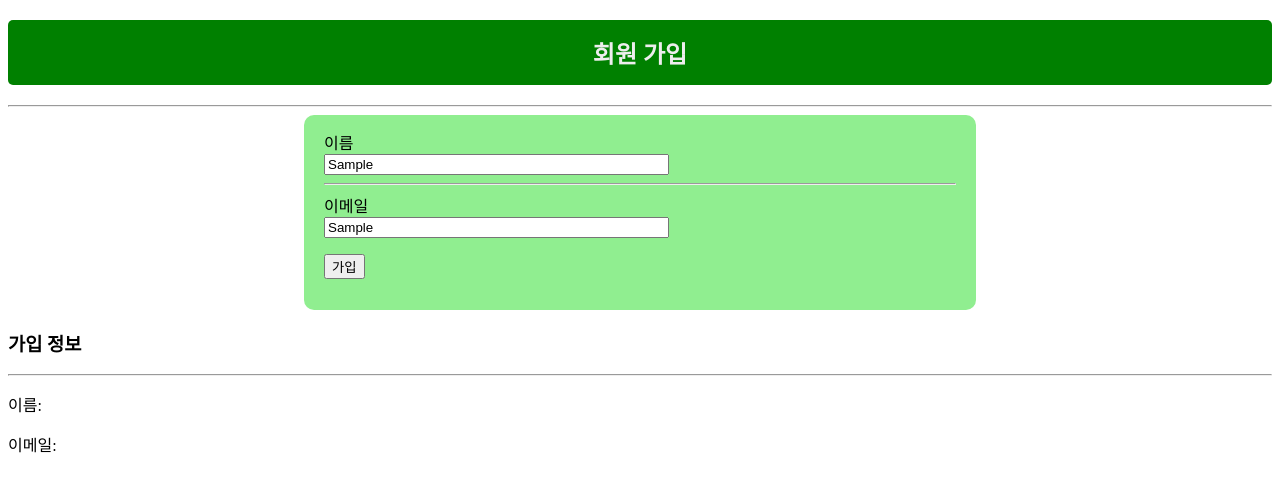
Repository: kiyongee2/kh-jsp
Page: http://localhost/jwbook/validation/joinForm.jsp
An editor plug-in stored every save of this project. The page is shown before and after the next save, followed by the edit.
The browser window is 1280 px wide. The pictures show the whole page.
Empty fields were first filled with sample values (such as "Sample", 5 or name@example.com).
After loading, the first visible `button` was clicked once.
The page is served by Tomcat 9.

Above is the page before, as saved 2023-11-23 21:16:39.
Console error: ReferenceError: signUp is not defined

After the next save:
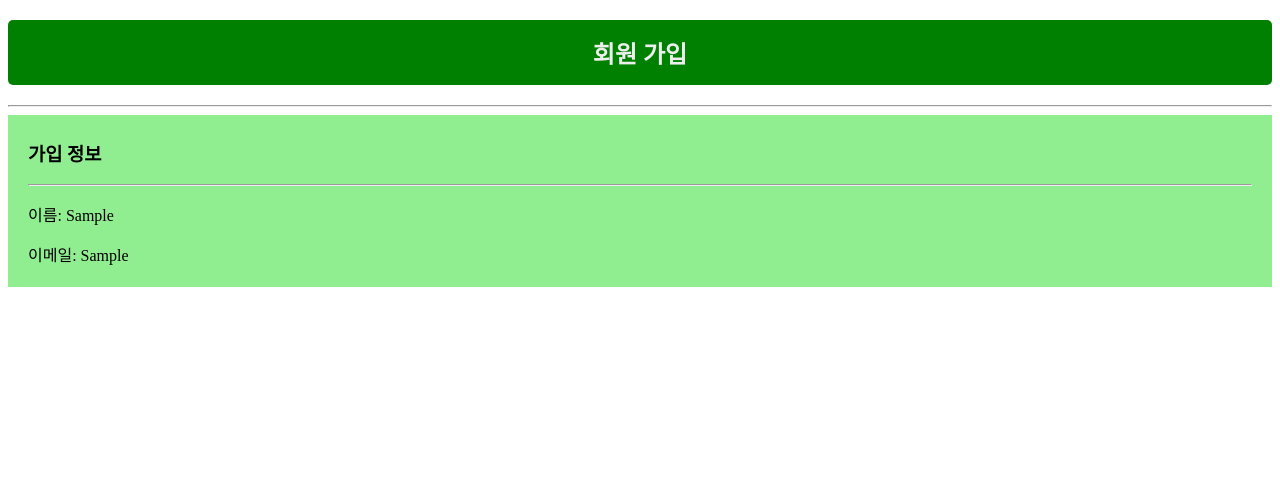
The error is gone.
Saved 2 min 43 s later.
--- a/jwbook/src/main/webapp/validation/joinForm.jsp
+++ b/jwbook/src/main/webapp/validation/joinForm.jsp
@@ -11,6 +11,20 @@
 	#regform{ width: 50%; margin: 0 auto; background: lightgreen;
 	          padding: 15px 20px; border-radius: 10px;}
 </style>
+<script type="text/javascript">
+	function signUp(){
+		let form = document.form1;
+		let name = form.name.value;
+		let email = form.email.value;
+
+		alert("정말로 가입하시겠습니까?");
+		document.getElementById('regform').style.display = "none";
+		document.getElementById('rname').innerHTML = name;
+		document.getElementById('rmail').innerHTML = email;
+		document.getElementById('result').setAttribute('style',
+				'display:block; background: lightgreen; padding: 5px 20px;');
+	}
+</script>
 </head>
 <body>
 	<h2>회원 가입</h2>
